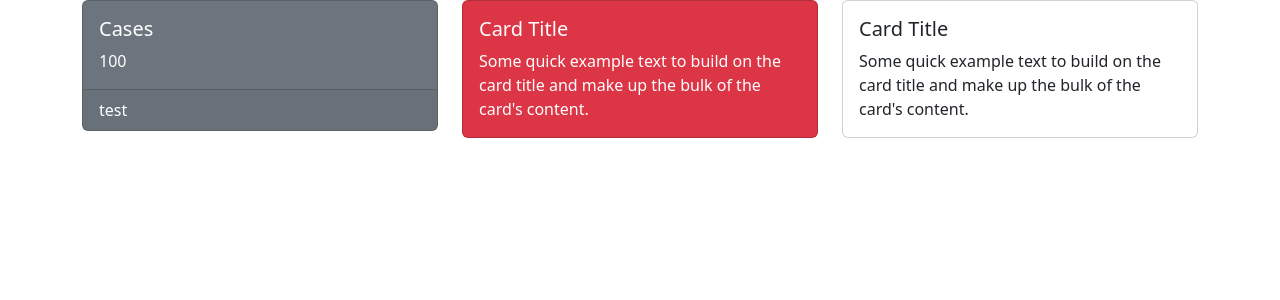
Repository: azizdeghais/CovidTracker
Page: /
The author's editor kept a copy of each file at every save. The page is drawn from the files as they stood at one save, then again after the next save.
The browser window is 1280 px wide. The pictures show the whole page.
The project was rebuilt for these pictures with package versions that can differ from the ones it lists, and the page was loaded fresh each time. Also part of the build but not shown: vite.config.js.

Above is the page before, as saved 2023-03-09 15:49:41.

### src/main.jsx
import React from 'react'
import ReactDOM from 'react-dom/client'
import App from './App'
import 'bootstrap/dist/css/bootstrap.min.css';


ReactDOM.createRoot(document.getElementById('root')).render(
  <React.StrictMode>
    <App />
  </React.StrictMode>,
)

### src/App.jsx
import React, { useEffect } from 'react'
import axios from 'axios'
import Container from 'react-bootstrap/Container';
import Row from 'react-bootstrap/Row';
import Col from 'react-bootstrap/Col';
import Card from 'react-bootstrap/Card';



function App() {




  return (
    <Container>
      <Row >
        <Col>
          <Card bg='secondary' text='white' >
            <Card.Body>
              <Card.Title>Cases</Card.Title>
              <Card.Text>
                100
              </Card.Text>
            </Card.Body>
            <Card.Footer>
              test
            </Card.Footer>
          </Card>
        </Col>
        <Col>
          <Card bg='danger' text='white' >
            <Card.Body>
              <Card.Title>Card Title</Card.Title>
              <Card.Text>
                Some quick example text to build on the card title and make up the
                bulk of the card's content.
              </Card.Text>
            </Card.Body>
          </Card>
        </Col>
        <Col>
          <Card >
            <Card.Body>
              <Card.Title>Card Title</Card.Title>
              <Card.Text>
                Some quick example text to build on the card title and make up the
                bulk of the card's content.
              </Card.Text>
            </Card.Body>
          </Card>
        </Col>
      </Row>
    </Container>
  )
}

export default App

Loaded but not shown: index.html (common file)

After the next save:
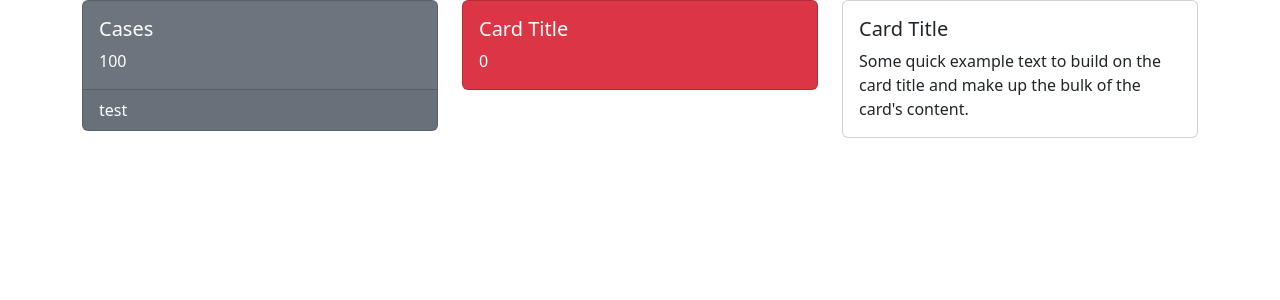
Saved 6 s later.
--- a/src/App.jsx
+++ b/src/App.jsx
@@ -33,8 +33,7 @@ function App() {
             <Card.Body>
               <Card.Title>Card Title</Card.Title>
               <Card.Text>
-                Some quick example text to build on the card title and make up the
-                bulk of the card's content.
+                0
               </Card.Text>
             </Card.Body>
           </Card>
